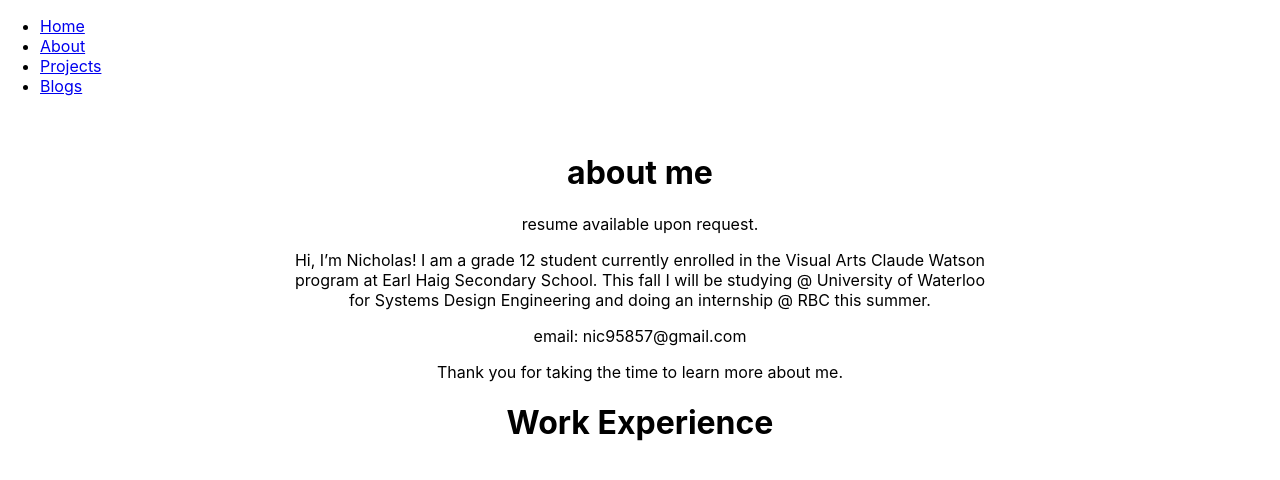
Repository: nicholaschen09/personalWebsite
Page: /about
An editor plug-in stored every save of this project. The page is shown before and after the next save, followed by the edit.
The browser window is 1280 px wide. The pictures show the whole page.
The project was rebuilt for these pictures with package versions that can differ from the ones it lists, and the page was loaded fresh each time. Also part of the build but not shown: src/components/Home.css, src/components/Home.js, src/components/Projects.css, src/components/Projects.js, src/components/Blog.css, src/components/Blog.js, src/components/Miscellaneous.css, src/components/Miscellaneous.js.

Above is the page before, as saved 2024-05-23 00:41:41.

### src/App.js
import React from 'react';
import { BrowserRouter as Router, Route, Routes, Link } from 'react-router-dom';
import About from './components/About.js';
import Home from './components/Home.js';
import Projects from './components/Projects.js';
import Blog from './components/Blog.js';
import Miscellaneous from './components/Miscellaneous.js';

function App() {
  return (
    <Router>
      <div>
        <nav>
          <ul>
            <li>
              <Link to="/">Home</Link>
            </li>
            <li>
              <Link to="/about">About</Link>
            </li>
            <li>
              <Link to="/projects">Projects</Link>
            </li>
            <li>
              <Link to="/blogs">Blogs</Link>
            </li>
          </ul>
        </nav>

        <Routes>
          <Route path="/about" element={<About />} />
          <Route path="/" element={<Home />} />
          <Route path="/projects" element={<Projects />} />
          <Route path="/blogs" element={<Blog />} />
          <Route path="/projects/miscellaneous" element={<Miscellaneous />} />
        </Routes>
      </div>
    </Router>
  );
}

export default App;

### src/components/About.js
// src/components/About/About.js
import React from 'react';
import './About.css';

const About = () => {
    return (
        <div className="about">
            <h1>about me</h1>
            <p>resume available upon request.</p>
            <p>Hi, I’m Nicholas!  I am a grade 12 student currently enrolled in the Visual Arts Claude Watson
                program at Earl Haig Secondary School. This fall I will be studying @ University of
                Waterloo for Systems Design Engineering and doing an internship @ RBC this summer.</p>
            <p>email: nic95857@gmail.com</p>
            <p>Thank you for taking the time to learn more about me.</p>
            <h1>Work Experience</h1>
        </div>
    );
};

export default About;

### src/components/About.css
.about {
    text-align: center;
    padding: 20px;
    width: 700px;
    margin-left: auto;
    margin-right: auto;
}

Loaded but not shown: public/index.html (common file); src/index.js (common file); src/index.css (common file); src/reportWebVitals.js (common file)

After the next save:
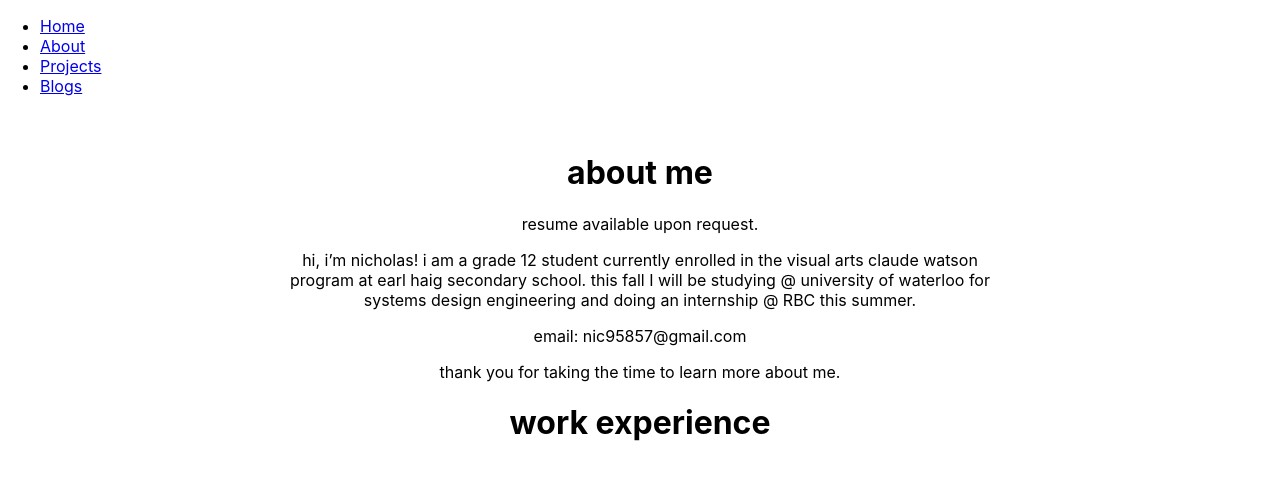
Saved 48 s later.
--- a/src/components/About.js
+++ b/src/components/About.js
@@ -7,12 +7,12 @@ const About = () => {
         <div className="about">
             <h1>about me</h1>
             <p>resume available upon request.</p>
-            <p>Hi, I’m Nicholas!  I am a grade 12 student currently enrolled in the Visual Arts Claude Watson
-                program at Earl Haig Secondary School. This fall I will be studying @ University of
-                Waterloo for Systems Design Engineering and doing an internship @ RBC this summer.</p>
+            <p>hi, i’m nicholas! i am a grade 12 student currently enrolled in the visual arts claude watson
+                program at earl haig secondary school. this fall I will be studying @ university of
+                waterloo for systems design engineering and doing an internship @ RBC this summer.</p>
             <p>email: nic95857@gmail.com</p>
-            <p>Thank you for taking the time to learn more about me.</p>
-            <h1>Work Experience</h1>
+            <p>thank you for taking the time to learn more about me.</p>
+            <h1>work experience</h1>
         </div>
     );
 };
